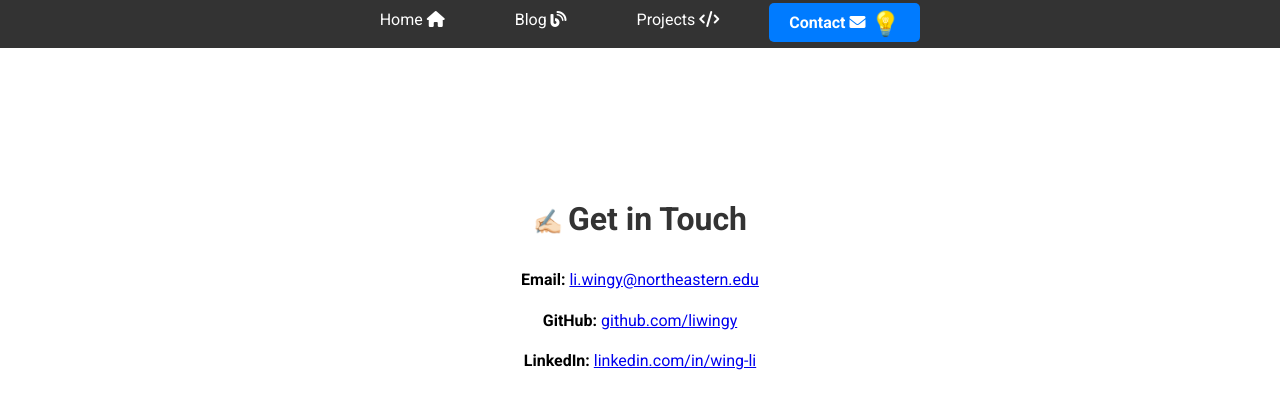
Repository: liwingy/cs5610_fall24_project1
Page: contact.html
The author's editor kept a copy of each file at every save. The page is drawn from the files as they stood at one save, then again after the next save.
The browser window is 1280 px wide. The pictures show the whole page.

Above is the page before, as saved 2024-10-07 21:56:25.

After the next save:
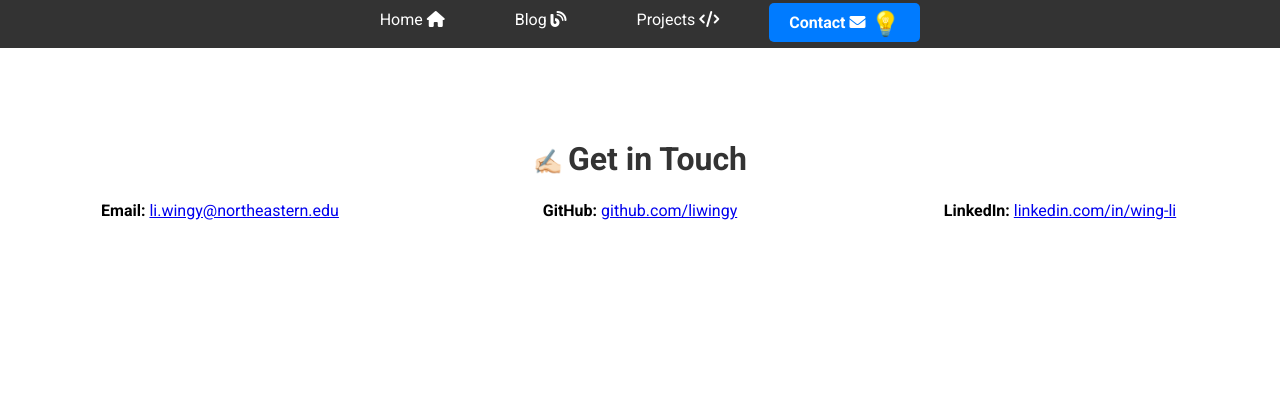
Saved 84 s later.
--- a/contact.html
+++ b/contact.html
@@ -19,15 +19,18 @@
     </nav>
     <main>
         <section class="contact">
-                <div class="grid">
-                    <div class="contact">
-                        <h2>Get in Touch</h2>
-                        <br>
-                        <p><span class="highlight">Email:</span> <a href="mailto:li.wingy@northeastern.edu">li.wingy@northeastern.edu</a></p>
-                        <p><span class="highlight">GitHub:</span> <a href="https://github.com/liwingy" target="_blank">github.com/liwingy</a></p>
-                        <p><span class="highlight">LinkedIn:</span> <a href="https://linkedin.com/in/wing-li" target="_blank">linkedin.com/in/wing-li</a></p>
-                    </div>
+            <h2>Get in Touch</h2>
+            <div class="grid">
+                <div class="contact-item">
+                    <p><span class="highlight">Email:</span> <a href="mailto:li.wingy@northeastern.edu">li.wingy@northeastern.edu</a></p>
                 </div>
+                <div class="contact-item">
+                    <p><span class="highlight">GitHub:</span> <a href="https://github.com/liwingy" target="_blank">github.com/liwingy</a></p>
+                </div>
+                <div class="contact-item">
+                    <p><span class="highlight">LinkedIn:</span> <a href="https://linkedin.com/in/wing-li" target="_blank">linkedin.com/in/wing-li</a></p>
+                </div>
+            </div>
         </section>
     </main>
 </body>
